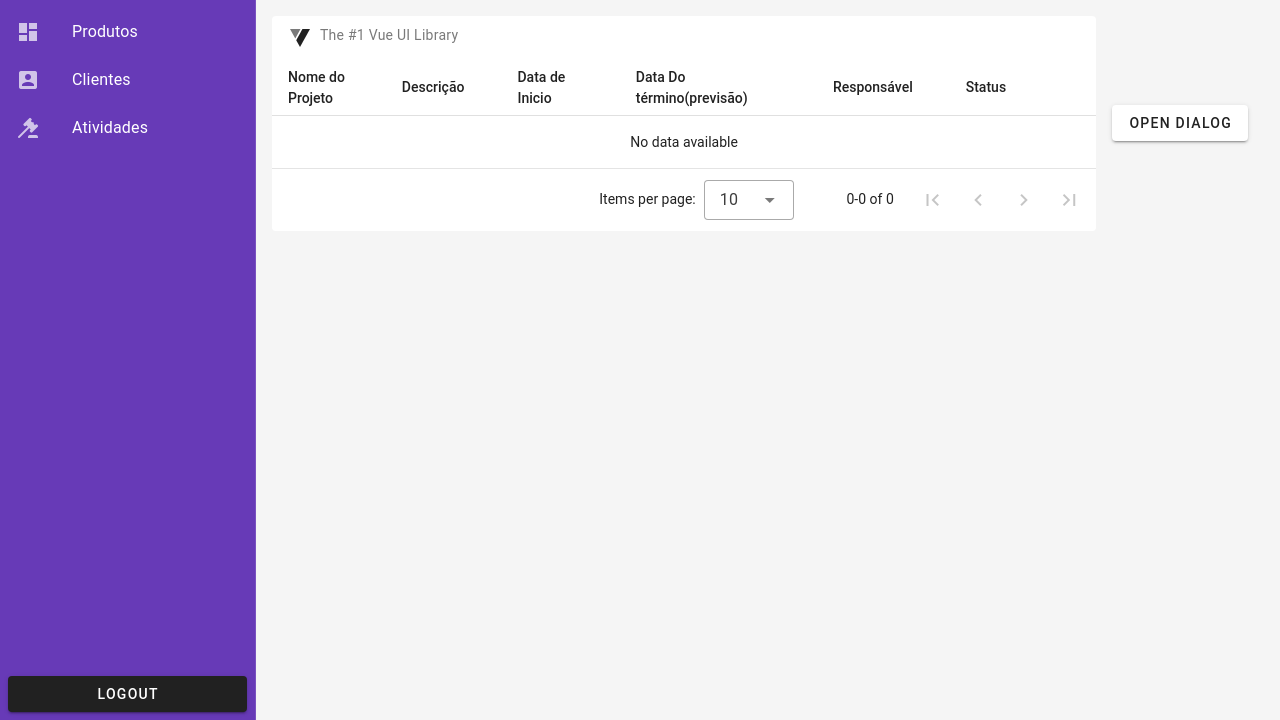
Repository: NtiSilva/Front_AG
Page: /products
The author's editor kept a copy of each file at every save. The page is drawn from the files as they stood at one save, then again after the next save.
The browser window is 1280 px wide. The pictures show the whole page.
The page's requests for data from a server got no answer. The project was rebuilt for these pictures with package versions that can differ from the ones it lists, and the page was loaded fresh each time. No one was signed in, and anything a server would have sent is missing. Also part of the build but not shown: vite.config.mjs, src/components/Alert.vue, src/components/Atividades/FormActivities.vue, src/components/Atividades/index.vue, src/components/Clientes/FormClient.vue, src/components/DialogRemove.vue, src/components/Clientes/ListClients.vue, src/components/Clientes/index.vue and 7 more. Imported but missing from the stored project, and not drawn on this page: src/components/DialogEdit.vue.

Above is the page before, as saved 2024-06-20 00:18:26.

After the next save:
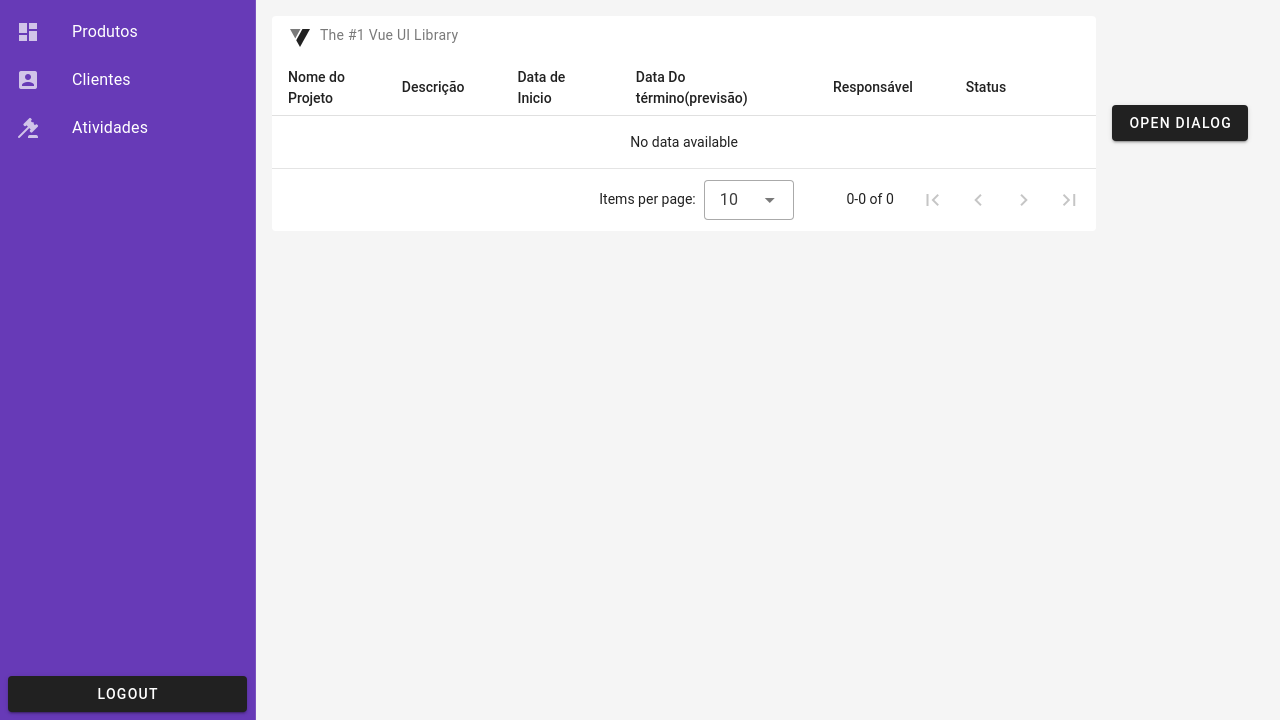
Saved 83 s later.
--- a/src/components/Dialog.vue
+++ b/src/components/Dialog.vue
@@ -4,6 +4,8 @@
       v-model="showDialog"
       max-width="400"
       persistent
+      class="bg-deep-purple"
+      theme="dark"
     >
       <template v-slot:activator="{ props: activatorProps }">
         <v-btn v-bind="activatorProps">

After the save that followed:
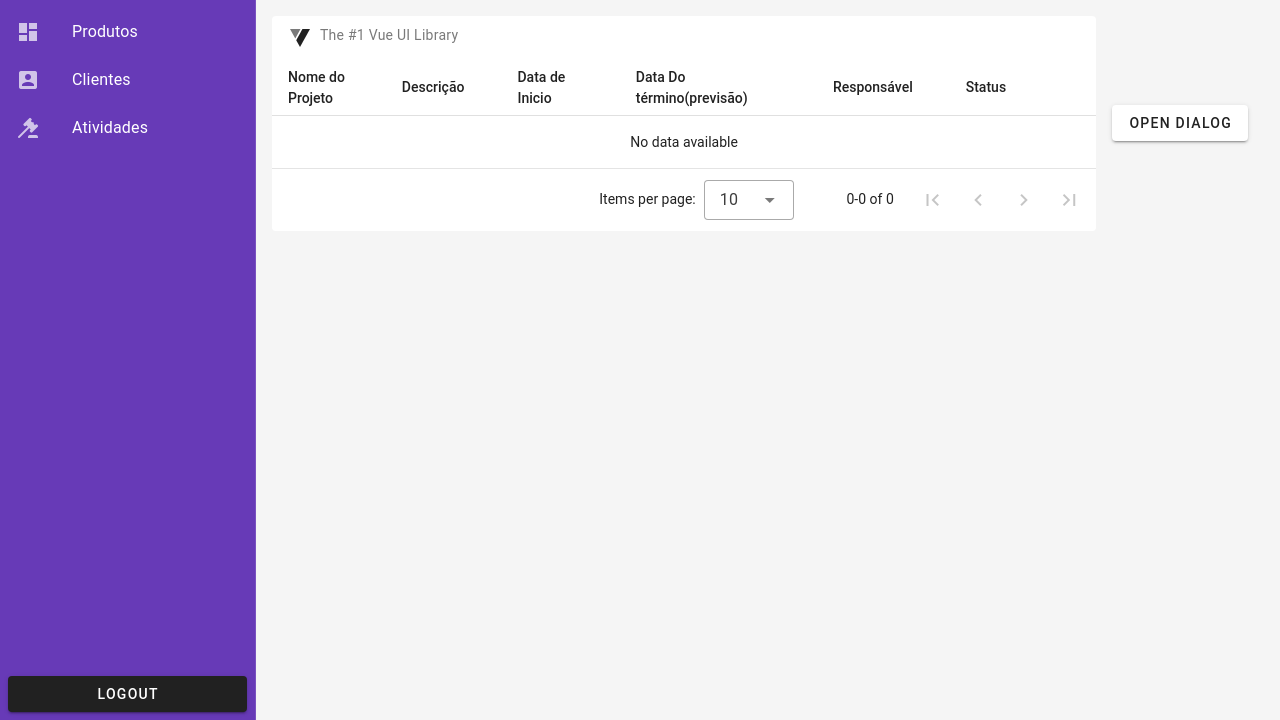
Saved 8 s later.
--- a/src/components/Dialog.vue
+++ b/src/components/Dialog.vue
@@ -5,7 +5,6 @@
       max-width="400"
       persistent
       class="bg-deep-purple"
-      theme="dark"
     >
       <template v-slot:activator="{ props: activatorProps }">
         <v-btn v-bind="activatorProps">
